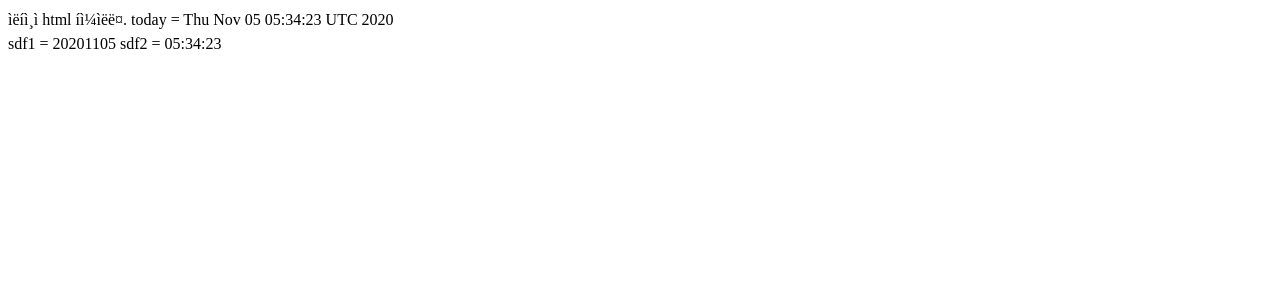
Repository: skrua3608/20201113
Page: http://localhost/20201109/simpleDate.jsp
The author's editor kept a copy of each file at every save. The page is drawn from the files as they stood at one save, then again after the next save.
The browser window is 1280 px wide. The pictures show the whole page.
The page is served by Tomcat 9.

Above is the page before, as saved 2020-11-09 01:03:34.

### 20201109/WebContent/simpleDate.jsp

<%@page import="java.util.Date"%>
<%@page import="java.text.SimpleDateFormat"%>
<%@ page language="java" contentType="text/html; charset=UTF-8"
    pageEncoding="UTF-8"%>
<!DOCTYPE html>
<html>
<head>
<meta charset="EUC-KR">
<title>Insert title here</title>
</head>
<body>
<%@ include file = "include.html" %>
<%
	//DB연결객체
	/*
	Connerction
	prepareStatement
	ResultSet
	*/

	Date today = new Date();
	out.println("today = "+today+ "<br/>");
	SimpleDateFormat sdf1 = new SimpleDateFormat("yyyyMMdd");
	SimpleDateFormat sdf2 = new SimpleDateFormat("hh:mm:ss");

	out.println("sdf1 = "+sdf1.format(today));
	out.println("sdf2 = "+sdf2.format(today));
%>
</body>
</html>

### 20201109/WebContent/include.html
<!DOCTYPE html>
<html>
<head>
<meta charset="UTF-8">
<title>Insert title here</title>
</head>
<body>
 안녕하세요 html 파일입니다.
</body>
</html>

### 20201109/WebContent/include.jsp
<%@ page language="java" contentType="text/html; charset=UTF-8"
    pageEncoding="UTF-8"%>
<!DOCTYPE html>
<html>
<head>
<meta charset="UTF-8">
<title>Insert title here</title>
</head>
<body>
	오늘도 수업이 빡빡하게 진행하고 있네요...
	쉬엄쉬엄 차근차근 여러번 반복해서 공부하도록 합시다
</body>
</html>

After the next save:
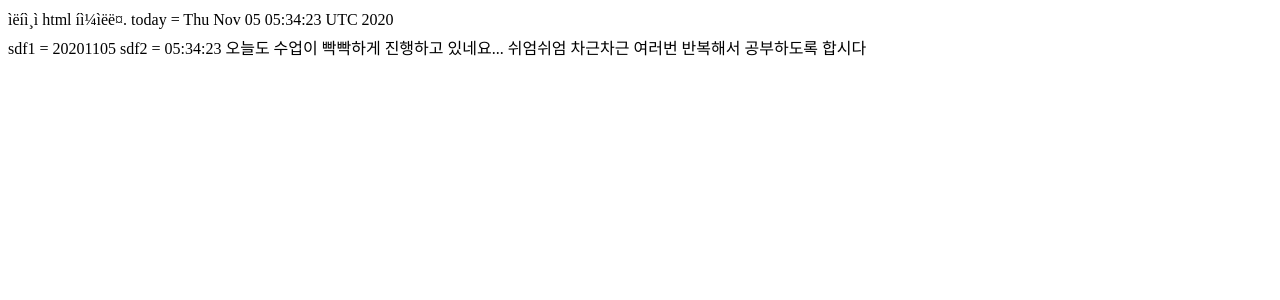
Saved 47 s later.
--- a/20201109/WebContent/simpleDate.jsp
+++ b/20201109/WebContent/simpleDate.jsp
@@ -27,5 +27,6 @@
 	out.println("sdf1 = "+sdf1.format(today));
 	out.println("sdf2 = "+sdf2.format(today));
 %>
+<%@ include file ="include.jsp"%>
 </body>
 </html>
